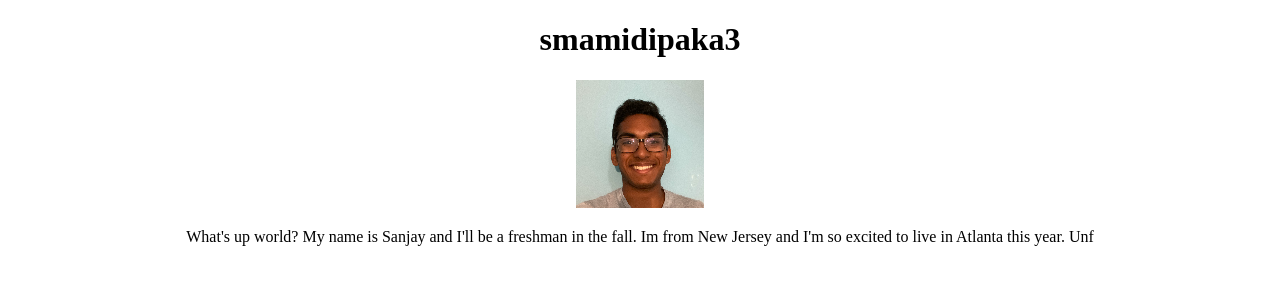
Repository: sanjayMamidipaka/cs1301
Page: lab01/index.html
An editor plug-in stored every save of this project. The page is shown before and after the next save, followed by the edit.
The browser window is 1280 px wide. The pictures show the whole page.

Above is the page before, as saved 2021-07-22 15:53:32.

After the next save:
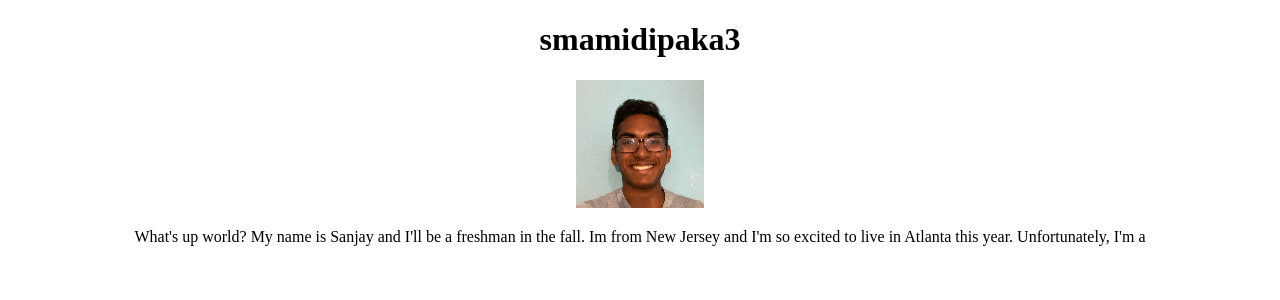
Saved 7 s later.
--- a/lab01/index.html
+++ b/lab01/index.html
@@ -10,6 +10,6 @@
     <img src="image.png" alt="My Picture">
     <p>
         What's up world? My name is Sanjay and I'll be a freshman in the fall. Im from New Jersey and I'm so excited to live in Atlanta this year.
-        Unf
+        Unfortunately, I'm a
     </p>
   </div>
